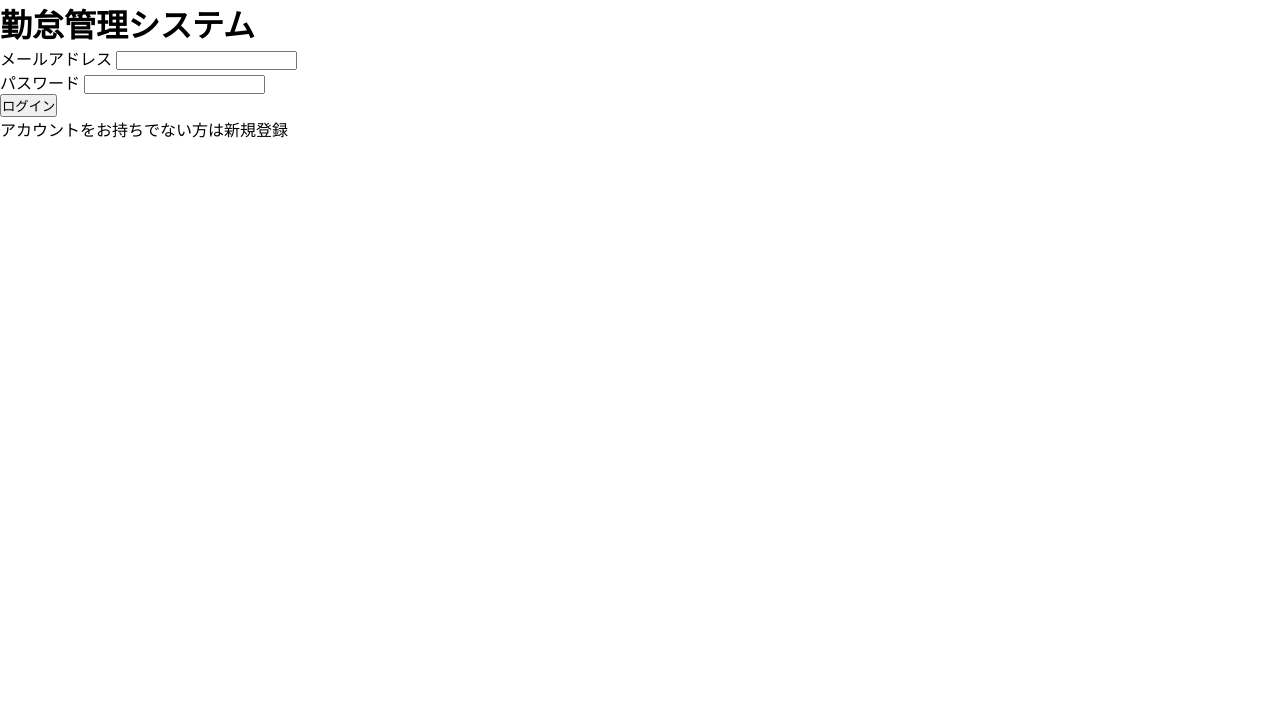
Repository: 04bit/WEB_HCJ
Page: index.html
The author's editor kept a copy of each file at every save. The page is drawn from the files as they stood at one save, then again after the next save.
The browser window is 1280 px wide. The pictures show the whole page.

Above is the page before, as saved 2025-11-25 14:51:03.

### index.html
<!DOCTYPE html>
<html lang="ja">
<head>
    <meta charset="UTF-8">
    <meta name="viewport" content="width=device-width, initial-scale=1.0">
    <title>勤怠管理システム</title>
    <link rel="stylesheet" href="style.css">
</head>
<body>
    <div>
        <h1>勤怠管理システム</h1>
        <div></div>
        <form>
            <div>
                <label>メールアドレス</label>
                <input type="email" id="loginEmail" required>
            </div>
            <div>
                <label>パスワード</label>
                <input type="password" id="loginPassword" required>
            </div>
            <button type="submit">ログイン</button>
        </form>
        <div>
            アカウントをお持ちでない方は<a>新規登録</a>
        </div>
    </div>
</body>
</html>

### style.css
@charset "UTF-8";

* {
    margin: 0;
    padding: 0;
    box-sizing: border-box;
}

body {
    font-family: 'Segoe UI' sans-serif;
}

After the next save:
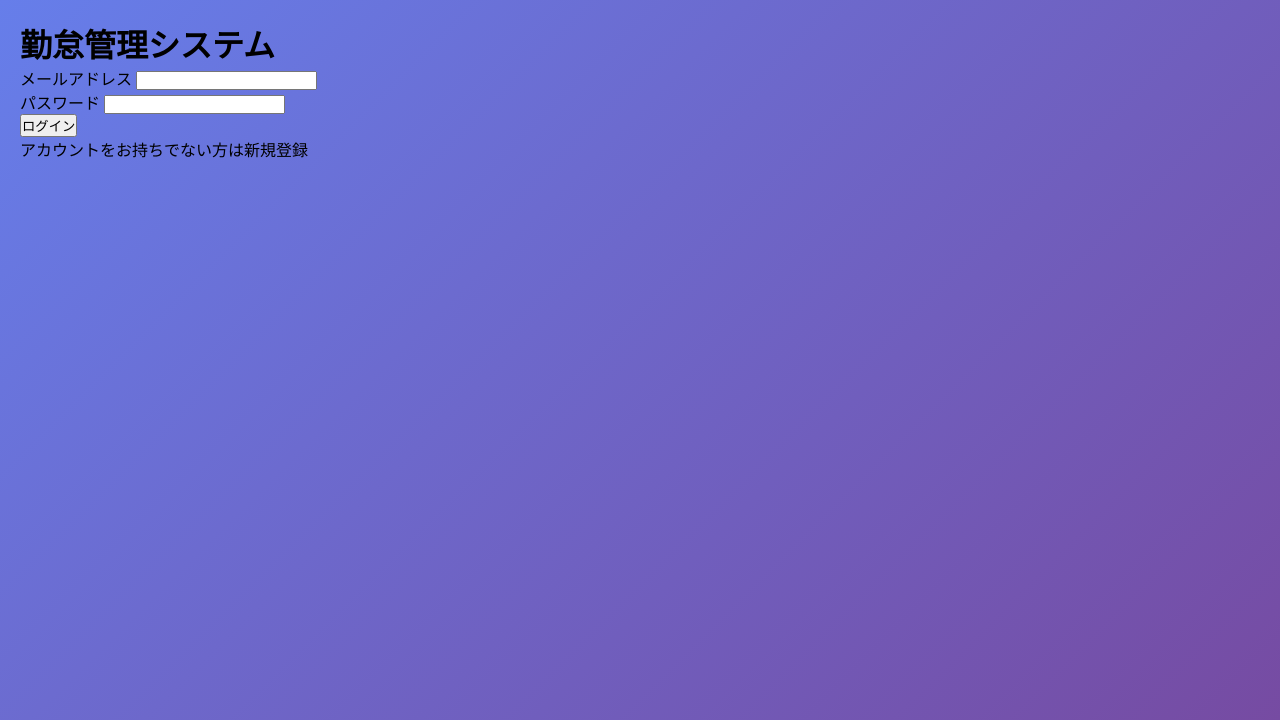
Saved 3 min 4 s later.
--- a/style.css
+++ b/style.css
@@ -8,4 +8,7 @@
 
 body {
     font-family: 'Segoe UI' sans-serif;
+    background: linear-gradient(135deg, #667eea 0%, #764ba2 100%);
+    min-height: 100vh;
+    padding: 20px;
 }
